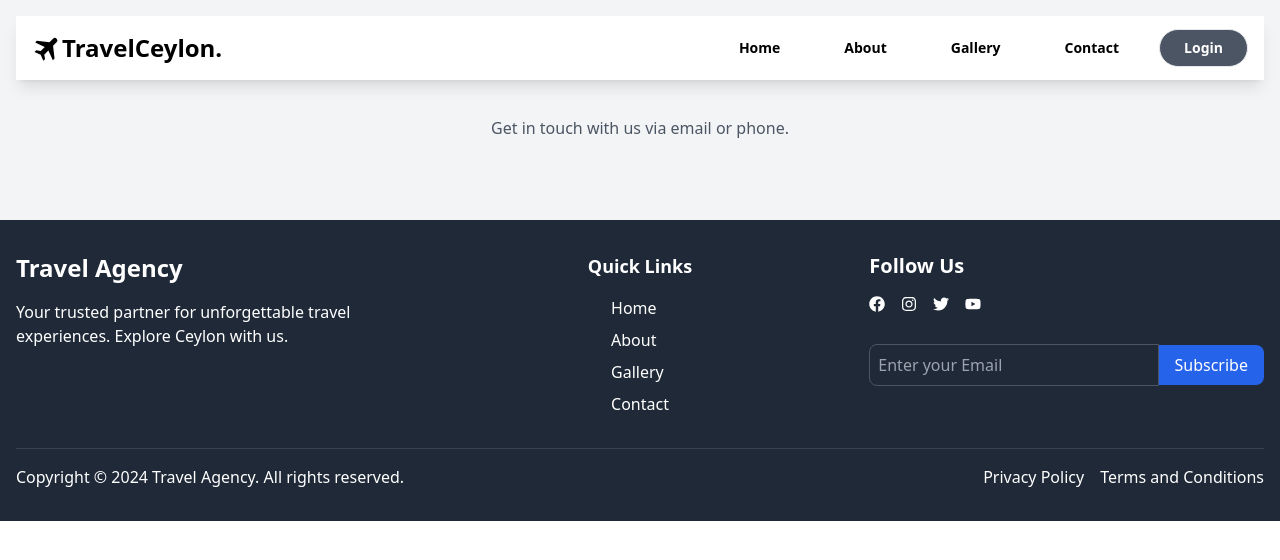
Repository: thisara199/Travel-Agency-Website
Page: /contact
An editor plug-in stored every save of this project. The page is shown before and after the next save, followed by the edit.
The browser window is 1280 px wide. The pictures show the whole page.
The project was rebuilt for these pictures with package versions that can differ from the ones it lists, and the page was loaded fresh each time. Also part of the build but not shown: vite.config.js, src/components/HeroSection/HeroSection.jsx, src/components/FeaturedDestination/FeaturedDestination.jsx, src/components/Testimonials/Testimonials.jsx, src/components/Banner/Banner.jsx, src/pages/Home.jsx, src/components/TeamMembers/TeamMembers.jsx, src/pages/About.jsx.

Above is the page before, as saved 2024-09-04 19:40:45.

After the next save:
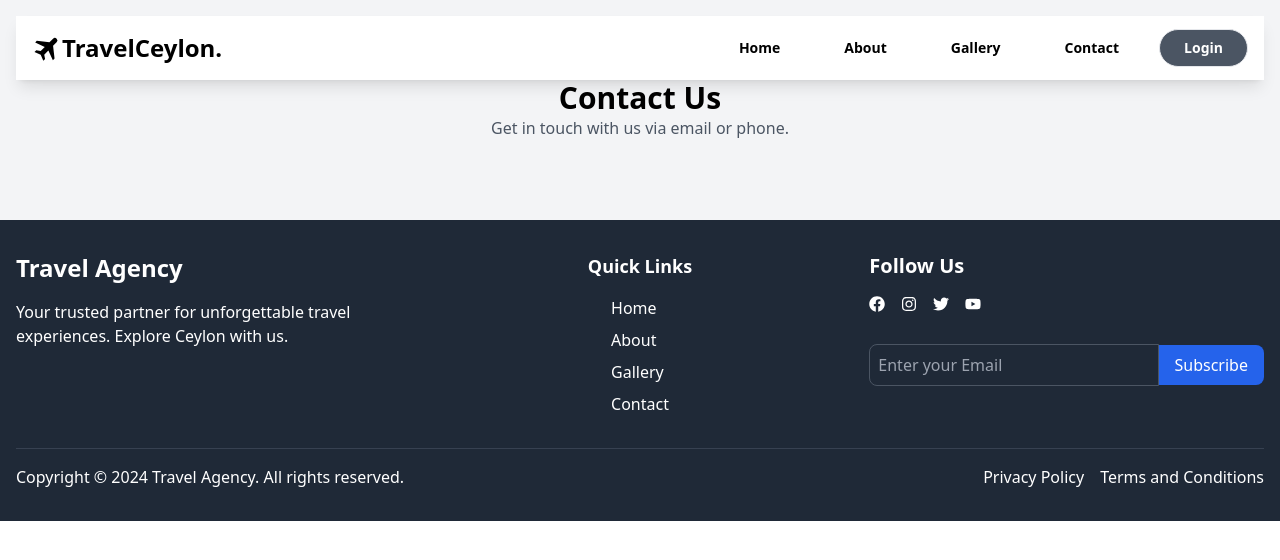
Saved 6 s later.
--- a/src/pages/Contact.jsx
+++ b/src/pages/Contact.jsx
@@ -4,7 +4,7 @@ const Contact = () => {
   return (
     <div className="py-12 bg-gray-100">
         <div className="container px-4 mx-auto">
-            <h2 className="mb-8 text-3xl font-bold text-center">Contact Us</h2>
+            <h2 className="mt-8 text-3xl font-bold text-center">Contact Us</h2>
             <p className="mb-8 text-center text-gray-600">Get in touch with us via email or phone.</p>
         </div>
     </div>
